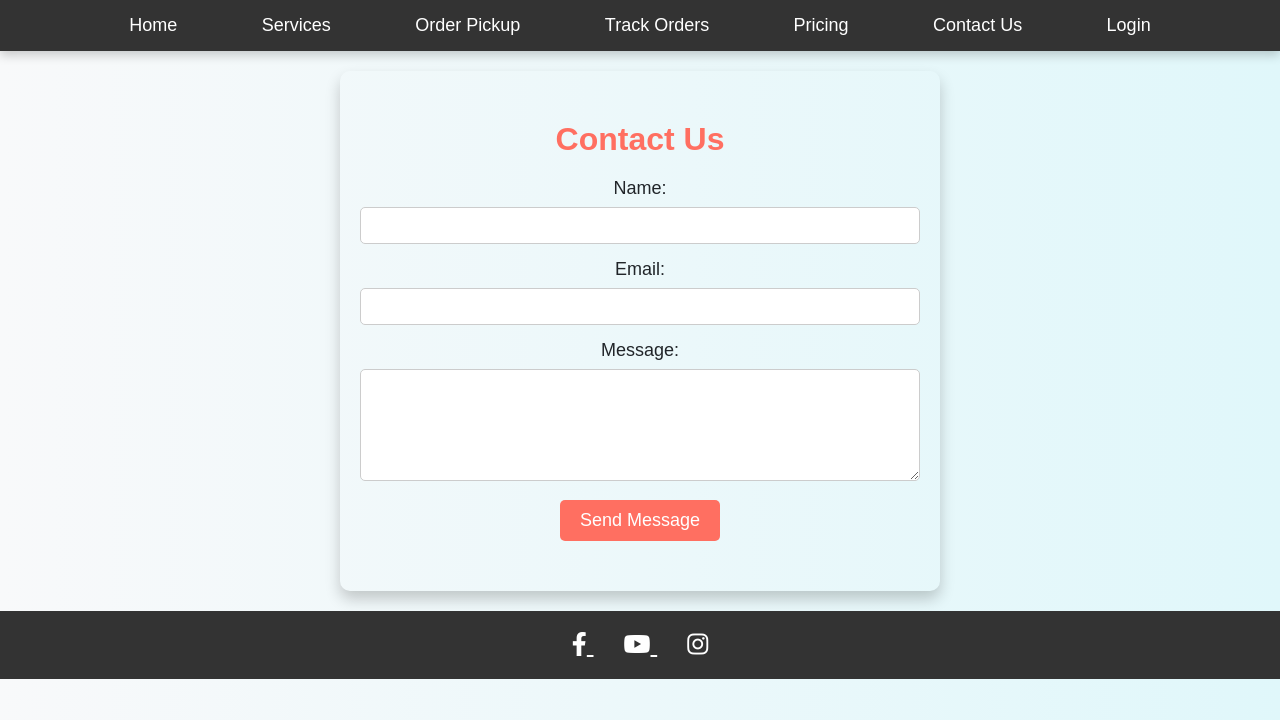
Repository: wmrmweerakoon/Online-Laundry-Management-System
Page: http://localhost/LaundryManagementSystem/contact.jsp
An editor plug-in stored every save of this project. The page is shown before and after the next save, followed by the edit.
The browser window is 1280 px wide. The pictures show the whole page.
The page is served by Tomcat 9.

Above is the page before, as saved 2024-10-13 11:19:17.

After the next save:
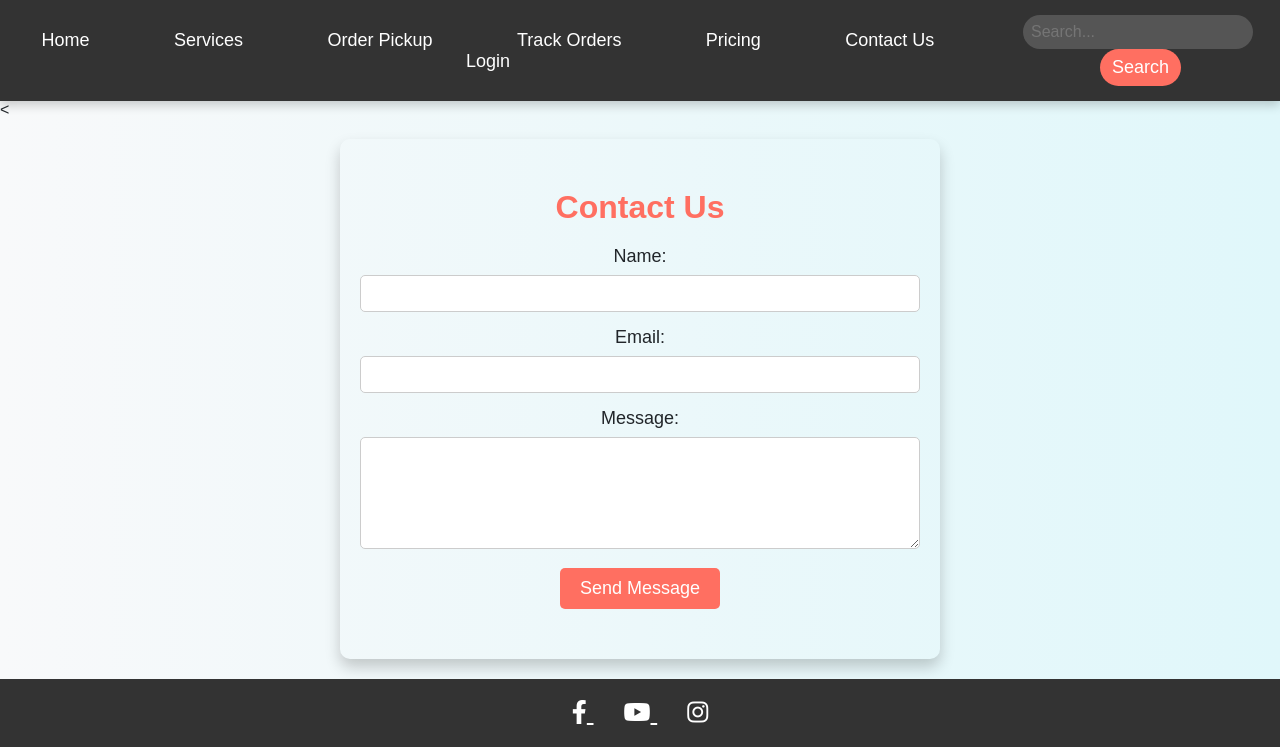
Saved 74 s later.
--- a/Projects/LaundryManagementSystem/src/main/webapp/contact.jsp
+++ b/Projects/LaundryManagementSystem/src/main/webapp/contact.jsp
@@ -1,17 +1,12 @@
-<%@ page language="java" contentType="text/html; charset=UTF-8"
-    pageEncoding="UTF-8"%>
 <!DOCTYPE html>
 <html lang="en">
 <head>
     <meta charset="UTF-8">
     <meta name="viewport" content="width=device-width, initial-scale=1.0">
-    <title>Contact Us - Online Laundry Management System</title>
+    <title>Online Laundry Management System</title>
     <link rel="stylesheet" href="CSS/contact.css">
     <link rel="stylesheet" href="https://cdnjs.cloudflare.com/ajax/libs/font-awesome/6.0.0-beta3/css/all.min.css">
 
-    <style>
-
-    </style>
 </head>
 <body>
     <header>
@@ -25,10 +20,15 @@
                 <li><a href="contact.jsp">Contact Us</a></li>
                 <li><a href="Login.jsp">Login</a></li>
             </ul>
+            <div class="search-container">
+                <input type="text" id="search" placeholder="Search...">
+                <button onclick="performSearch()">Search</button>
+            </div>
         </nav>
     </header>
+    </html>
 
-    <section class="contact-section">
+    < <section class="contact-section">
         <h1>Contact Us</h1>
         <form id="contact-form" action="contactServlet" method="POST">
             <label for="name">Name:</label>
@@ -59,6 +59,7 @@
         </div>
     </section>
 
+    <!-- Social Media Footer -->
     <footer class="social-media">
         <a href="https://www.facebook.com" target="_blank" class="social-icon">
             <i class="fab fa-facebook-f"></i>
@@ -70,5 +71,33 @@
             <i class="fab fa-instagram"></i>
         </a>
     </footer>
-</body>
-</html>
+
+    <script >
+
+document.getElementById('contact-form').addEventListener('submit', function(event) {
+    event.preventDefault(); // Prevent the default form submission
+
+    const name = document.getElementById('name').value;
+    const email = document.getElementById('email').value;
+    const message = document.getElementById('message').value;
+
+    if (!name || !email || !message) {
+        alert('Please fill out all fields.');
+        return;
+    }
+
+    if (!validateEmail(email)) {
+        alert('Please enter a valid email address.');
+        return;
+    }
+
+    alert('Your message has been sent successfully!');
+    // Here you can add code to send the form data to a server or an email service.
+});
+
+function validateEmail(email) {
+    const re = /^[^\s@]+@[^\s@]+\.[^\s@]+$/;
+    return re.test(String(email).toLowerCase());
+}
+
+    </script>
